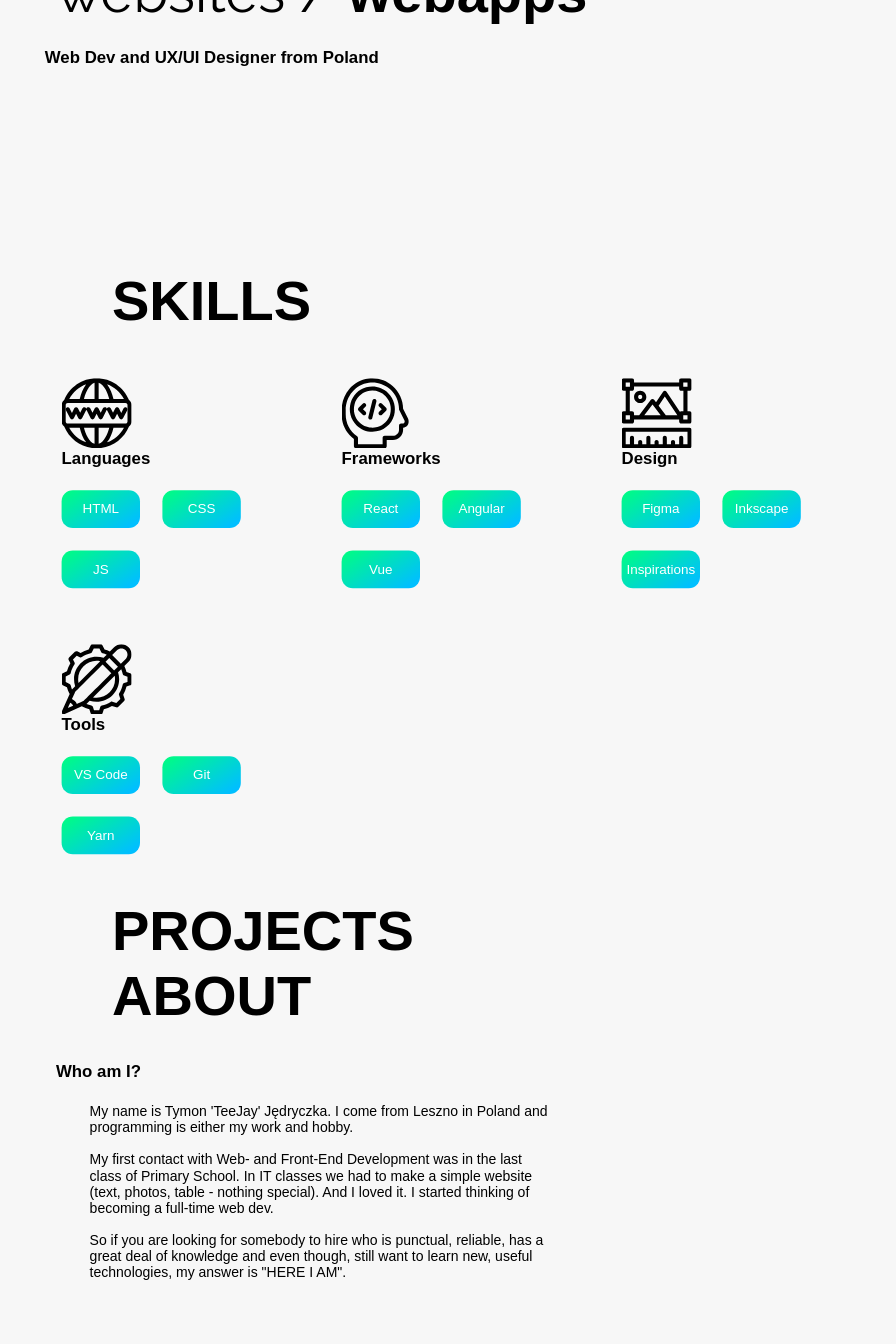
Repository: TeeJaysDev/Portfolio
Page: index.html
These files come from the project's save history. The page is drawn as it stood at one moment and after the next save; the edit follows.
The browser window is 1280 px wide. The pictures show the part of the page from y = 678 to 2598 px (the page is 2892 px tall), at 70% of full size.

Above is the page before, as saved 2021-04-24 20:49:10.

After the next save:
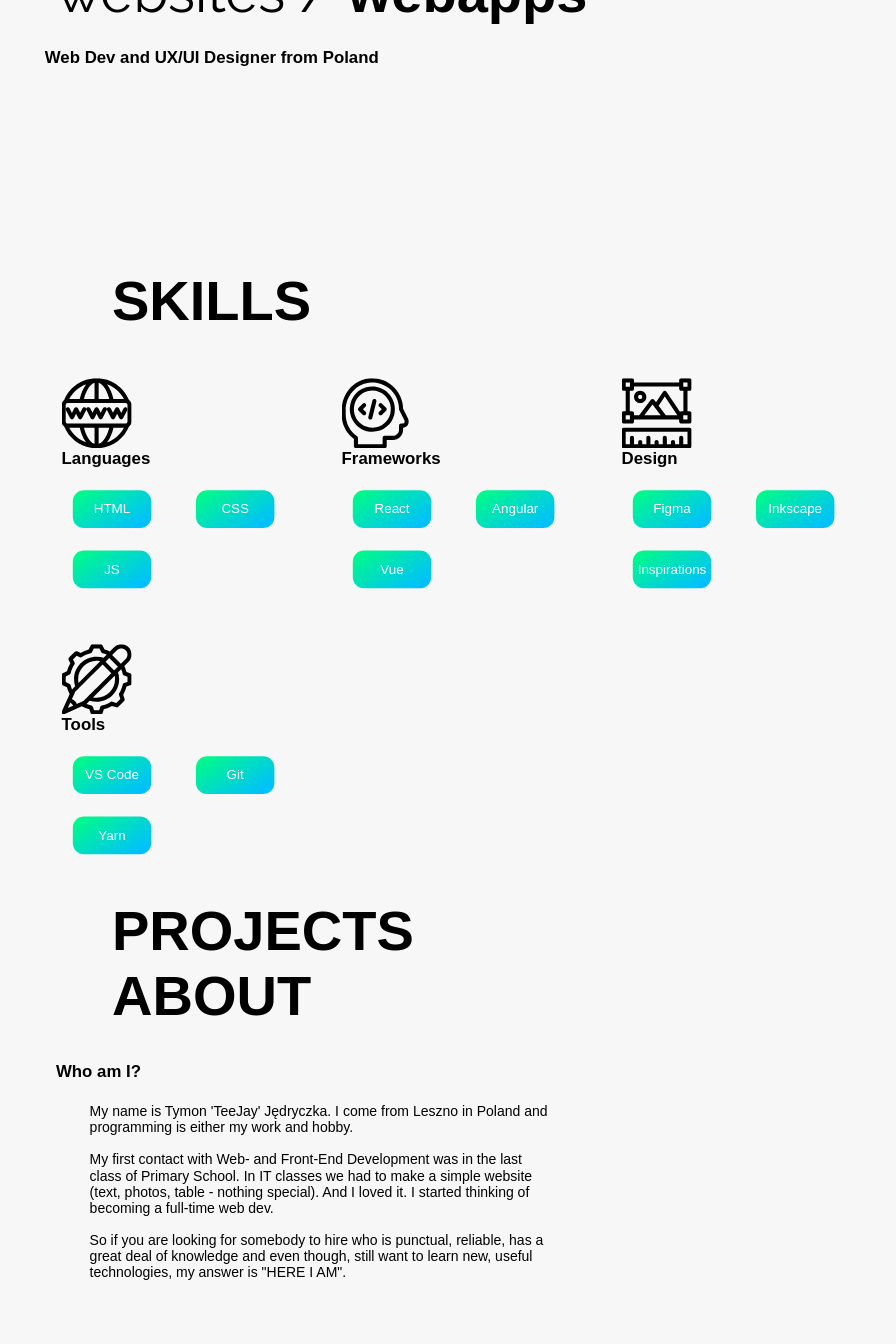
Saved 5 s later.
--- a/style.css
+++ b/style.css
@@ -79,7 +79,7 @@ h1 {
     text-align: center;
     align-items: center;
     border-radius: 1rem;
-    margin: 1rem ;
+    margin: 1rem 2rem;
     width: 7rem;
     background-image: linear-gradient(147deg,#00FF7F,#00BFFF 90%);
     padding-top: 1rem;
